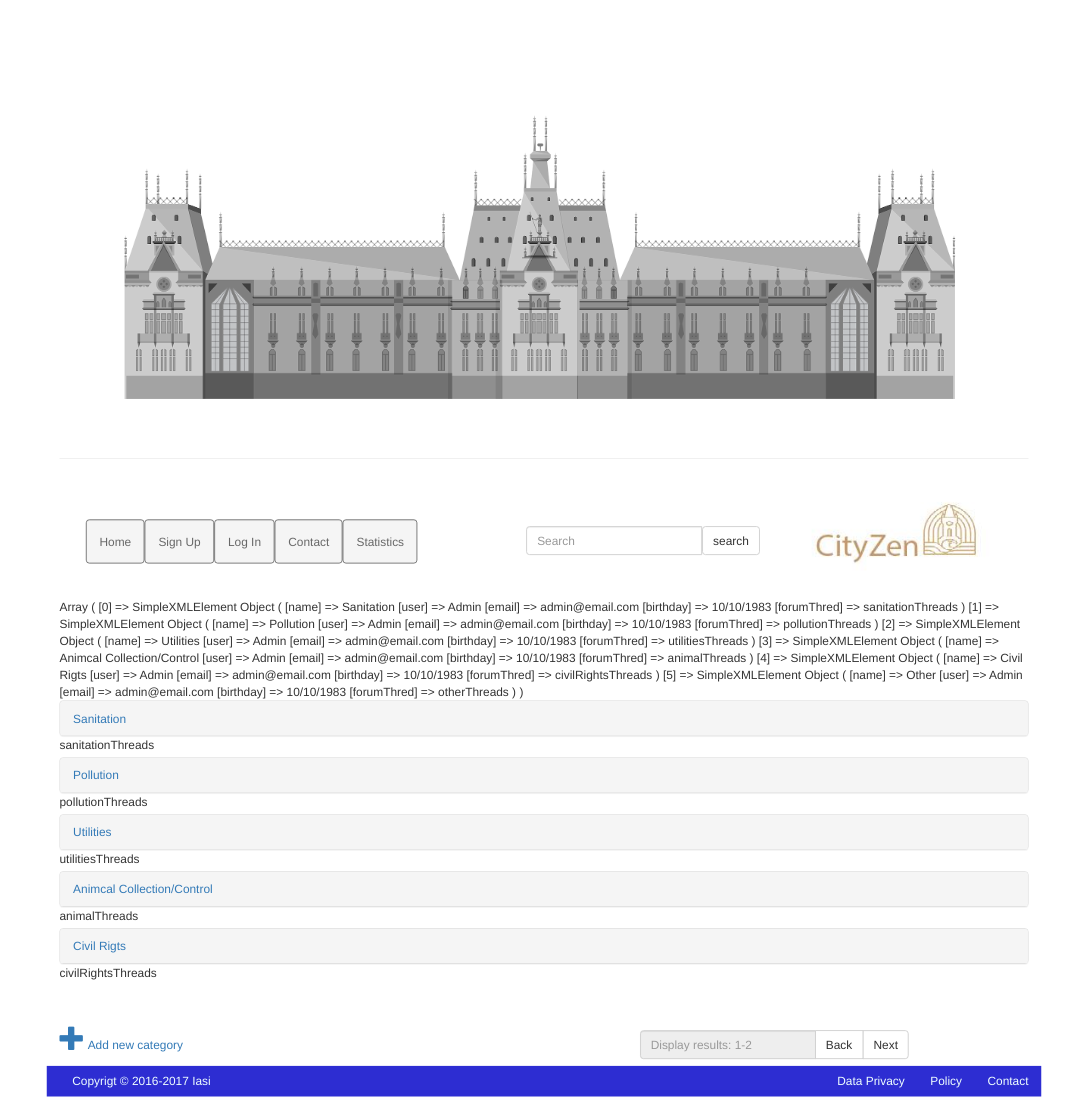
Repository: ciprianchistruga/project
Page: http://localhost/index.php?phpPage=home
The author's editor kept a record of every edit. The page is drawn from the files as they stood at one moment, then again after the next edit.
The browser window is 1280 px wide. The pictures show the whole page, at 85% of full size.
The page is run by PHP 8.4 with error messages shown; the project is at /var/www/html/.

Above is the page before.

After the next edit:
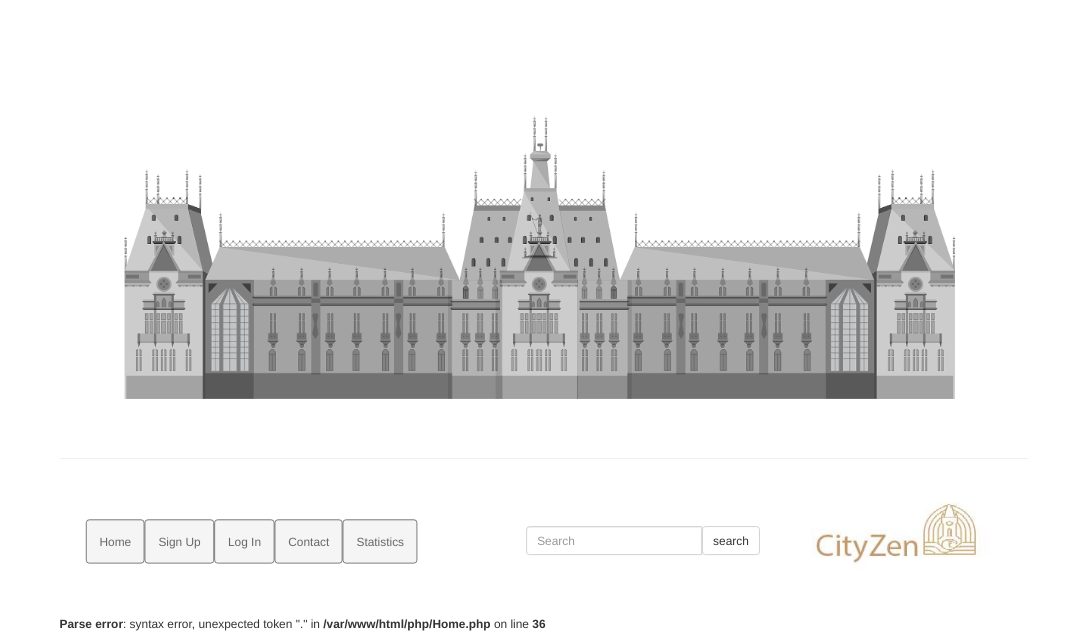
The edit:
--- a/workspace/php/Home.php
+++ b/workspace/php/Home.php
@@ -33,7 +33,7 @@
                   for ($x = $_SESSION['start']; $x < $limit; $x++) {
                     if(isset($array[$x])){
                     echo "<div class='panel panel-default'>
-                          <div class='panel-heading' id='categoryName'><a href=''>".$array[$x]->name."</a></div>
+                          <div class='panel-heading' id='categoryName'><a href='index.php?phpPage=".."'>".$array[$x]->name."</a></div>
                           </div>";
                           echo $array[$x]->forumThred;
                     }
